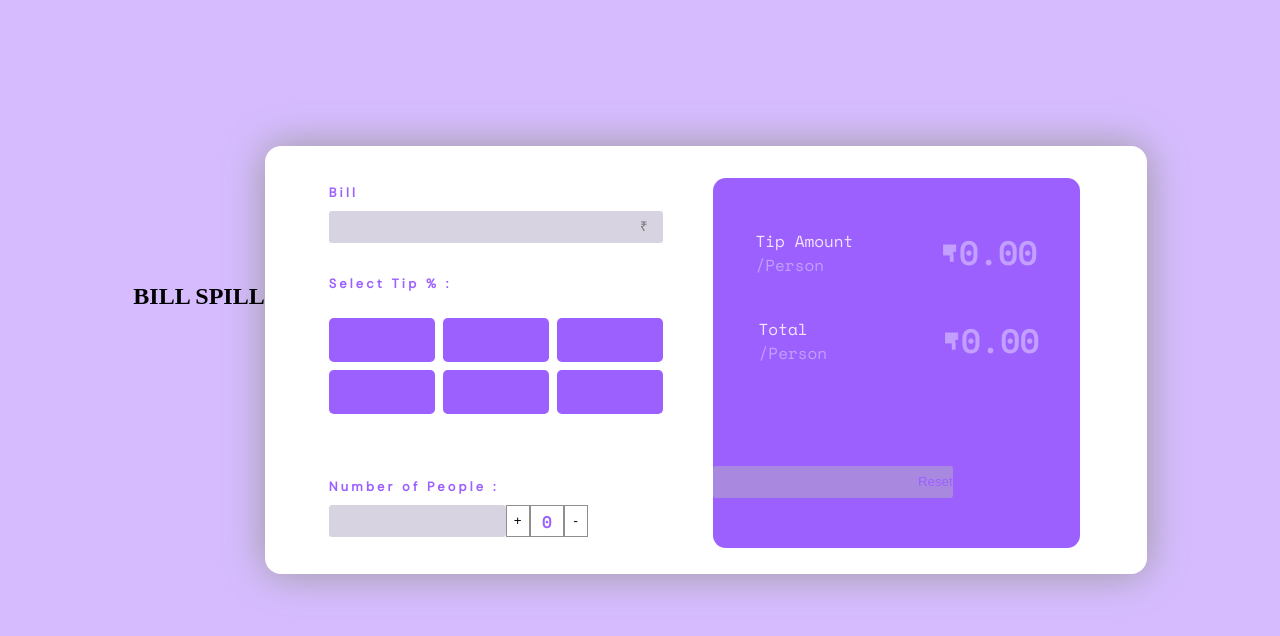
Repository: drumsmanku/micro-project-3
Page: index.html
These files come from the project's save history. The page is drawn as it stood at one moment and after the next save; the edit follows.
The browser window is 1280 px wide. The pictures show the whole page.

Above is the page before, as saved 2023-04-17 20:51:21.

After the next save:
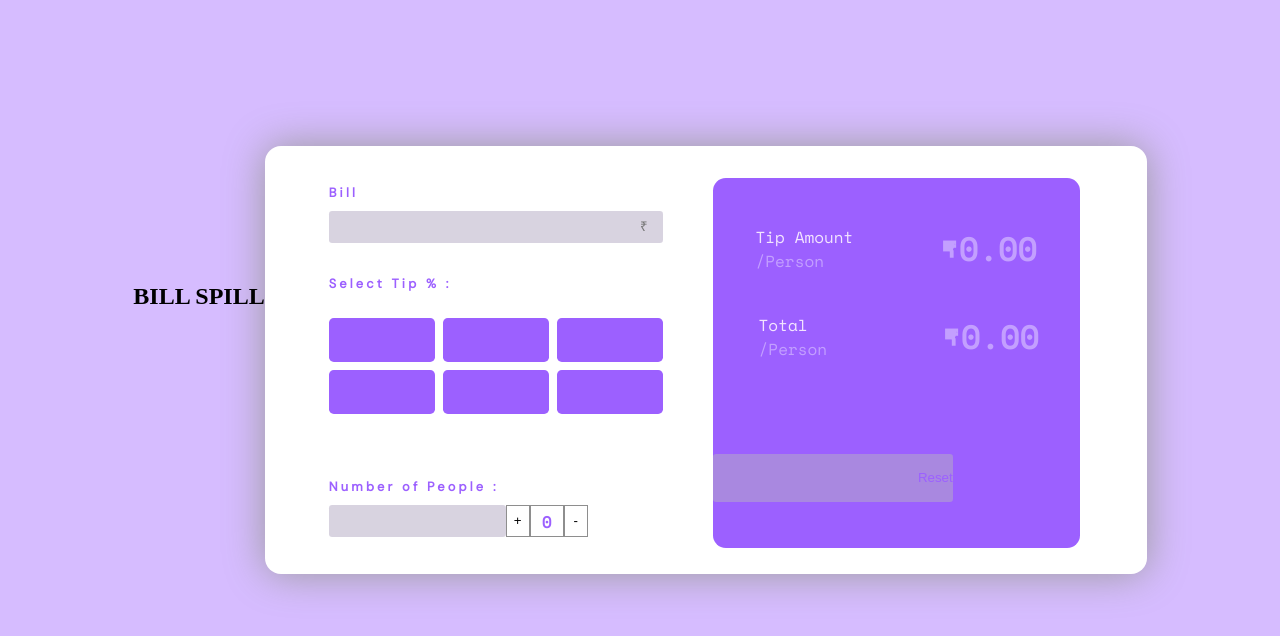
Saved 4 s later.
--- a/styles.css
+++ b/styles.css
@@ -123,7 +123,7 @@ main>h2{
 }
 input[value='Reset']{
   width:15rem;
-  height: 2rem;
+  height: 3rem;
 }
 input{
   border-radius: 0.2rem;
